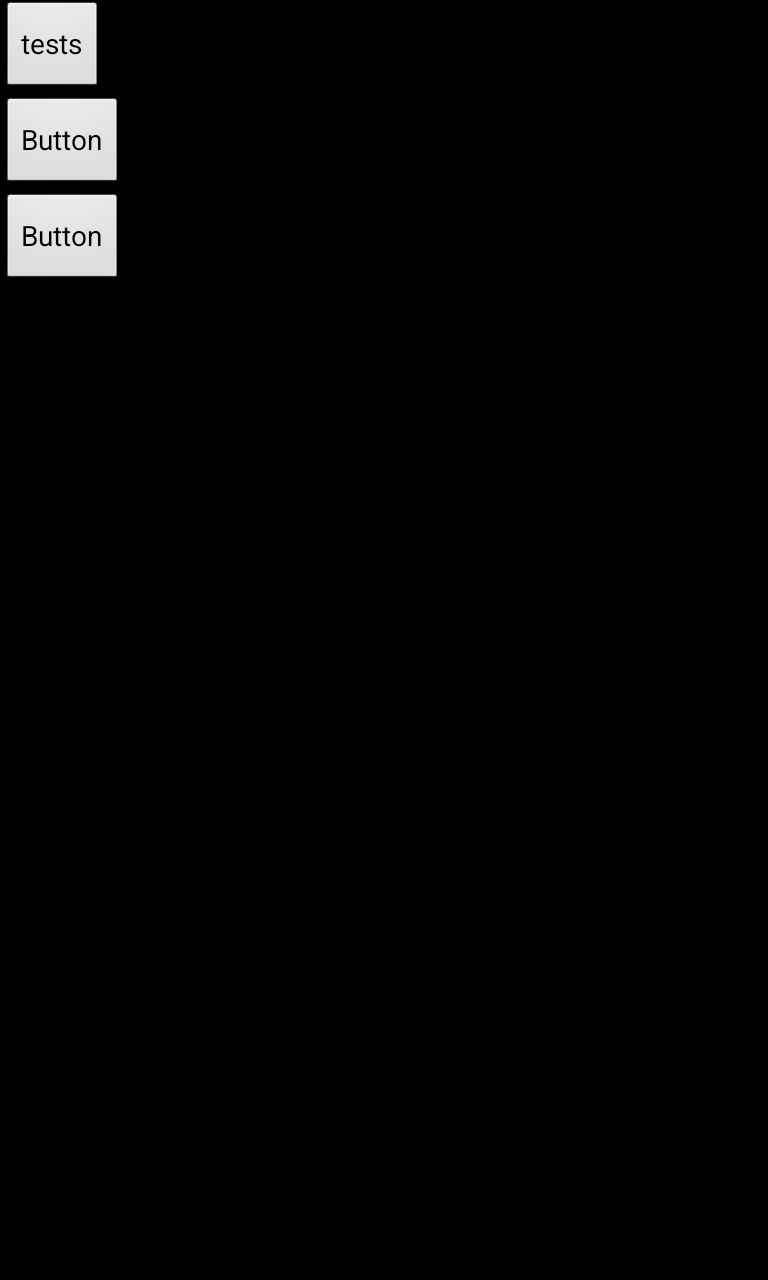
Repository: nuces-acm/DevFest-12-Team-9
Layout: data/Eclipse Workspace of android/Devfest/DCSClientApp/res/layout/main.xml
These files come from the project's save history. The layout is drawn as it stood at one moment and after the next save; the edit follows.
It is drawn on a 768 x 1280 px phone screen (xhdpi) without system bars, with theme android:Theme; the app's code is not run.

Above is the layout before, as saved 2012-03-31 15:33:24.

### data/Eclipse Workspace of android/Devfest/DCSClientApp/res/layout/main.xml
<?xml version="1.0" encoding="utf-8"?>
<LinearLayout xmlns:android="http://schemas.android.com/apk/res/android"
    android:layout_width="match_parent"
    android:layout_height="match_parent"
    android:orientation="vertical" >

    <Button
        android:id="@+id/testsButton"
        android:layout_width="wrap_content"
        android:layout_height="wrap_content"
        android:text="tests" />

    <Button
        android:id="@+id/button2"
        android:layout_width="wrap_content"
        android:layout_height="wrap_content"
        android:text="Button" />

    <Button
        android:id="@+id/button3"
        android:layout_width="wrap_content"
        android:layout_height="wrap_content"
        android:text="Button" />

</LinearLayout>

After the next save:
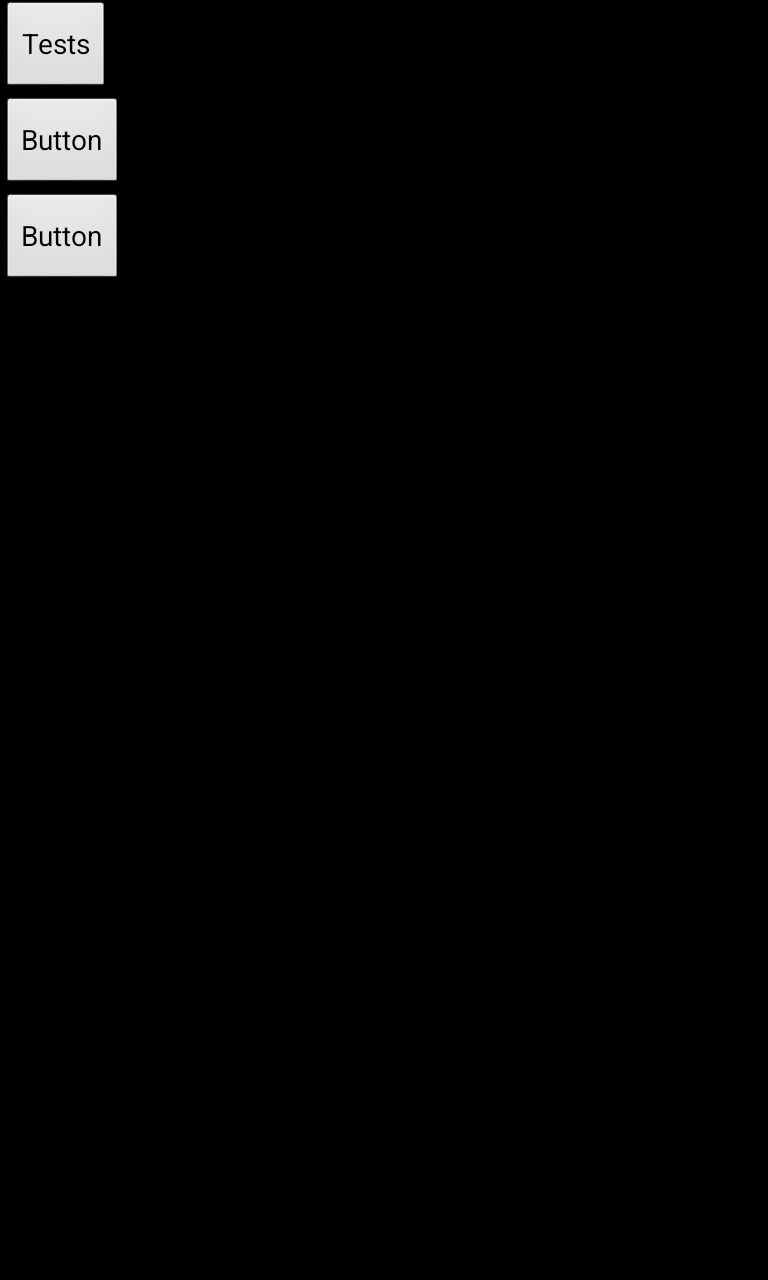
Saved 5 s later.
--- a/data/Eclipse Workspace of android/Devfest/DCSClientApp/res/layout/main.xml
+++ b/data/Eclipse Workspace of android/Devfest/DCSClientApp/res/layout/main.xml
@@ -8,7 +8,7 @@
         android:id="@+id/testsButton"
         android:layout_width="wrap_content"
         android:layout_height="wrap_content"
-        android:text="tests" />
+        android:text="Tests" />
 
     <Button
         android:id="@+id/button2"
